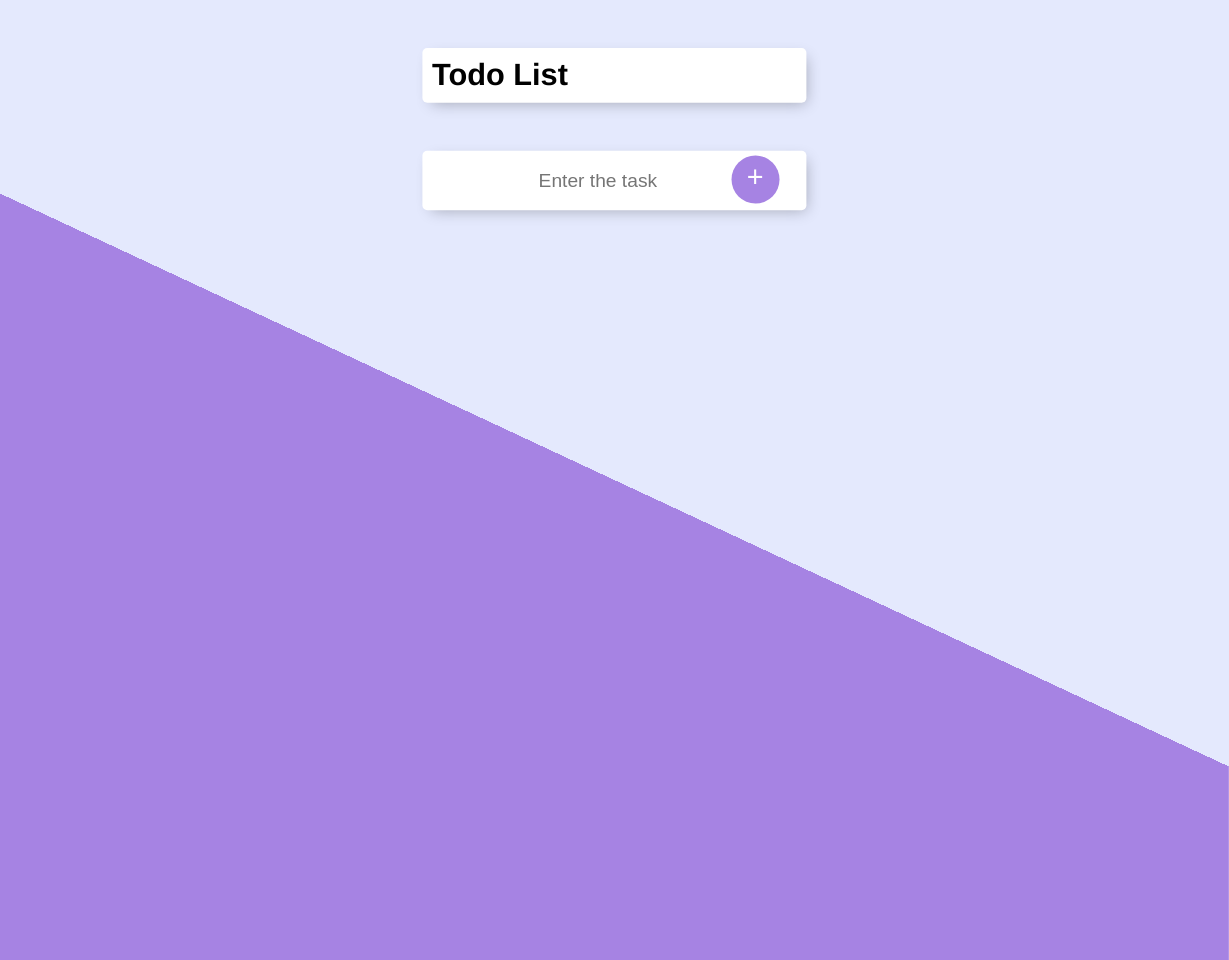
Repository: rupeshkofficial/Todo-List-Ver2
Page: http://localhost/
These files come from the project's save history. The page is drawn as it stood at one moment and after the next save; the edit follows.
The browser window is 1280 px wide. The pictures show the whole page, at 96% of full size.
The page is served by the project's Node server (app.js).

Above is the page before, as saved 2023-02-23 16:22:47.

After the next save:
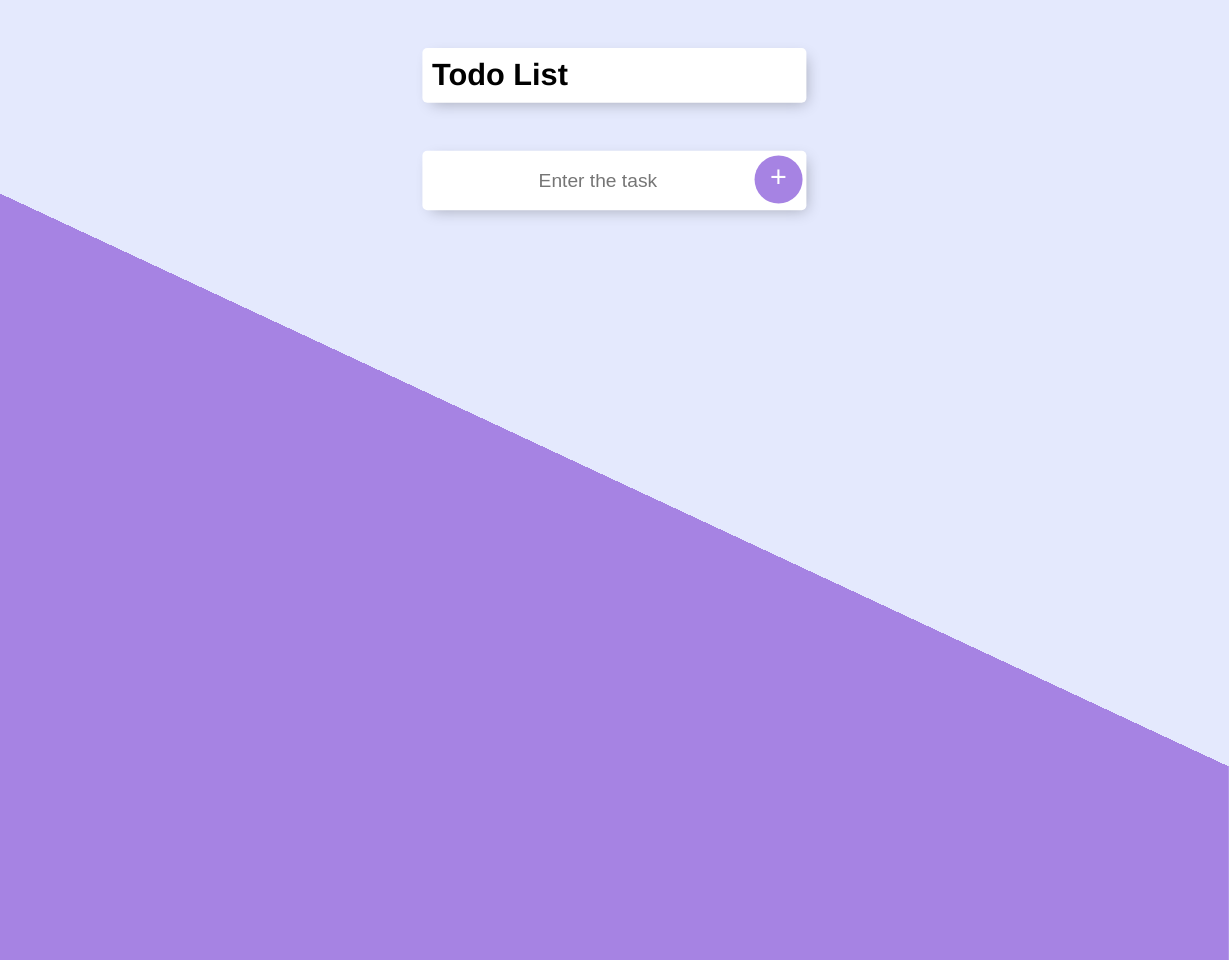
Saved 5 s later.
--- a/public/css/style.css
+++ b/public/css/style.css
@@ -77,5 +77,5 @@ input[type="text"]{
     background:transparent;
     font-size: 20px;
     font-weight: 200;
-    width:
+    width:313px;
 }
